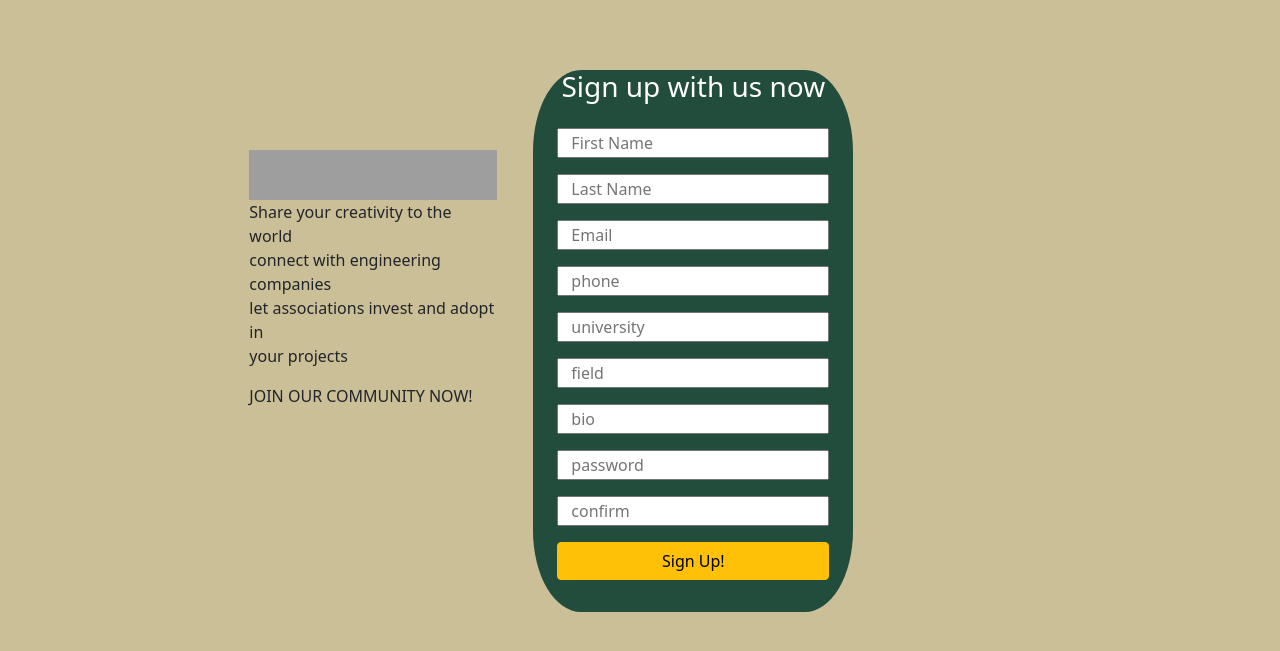
Repository: ahmadjamal-1997/Project-Taqadam
Page: http://localhost/Taqadam/WEB-INF/registrationstudent.jsp
These files come from the project's save history. The page is drawn as it stood at one moment and after the next save; the edit follows.
The browser window is 1280 px wide. The pictures show the whole page.
Pictures or frames that could not be fetched are drawn as grey boxes. The page is served by Tomcat 9. Nobody is signed in. The template is opened directly, without the code that normally fills it, so the values that code supplies are empty.

Above is the page before, as saved 2022-03-31 08:44:49.

After the next save:
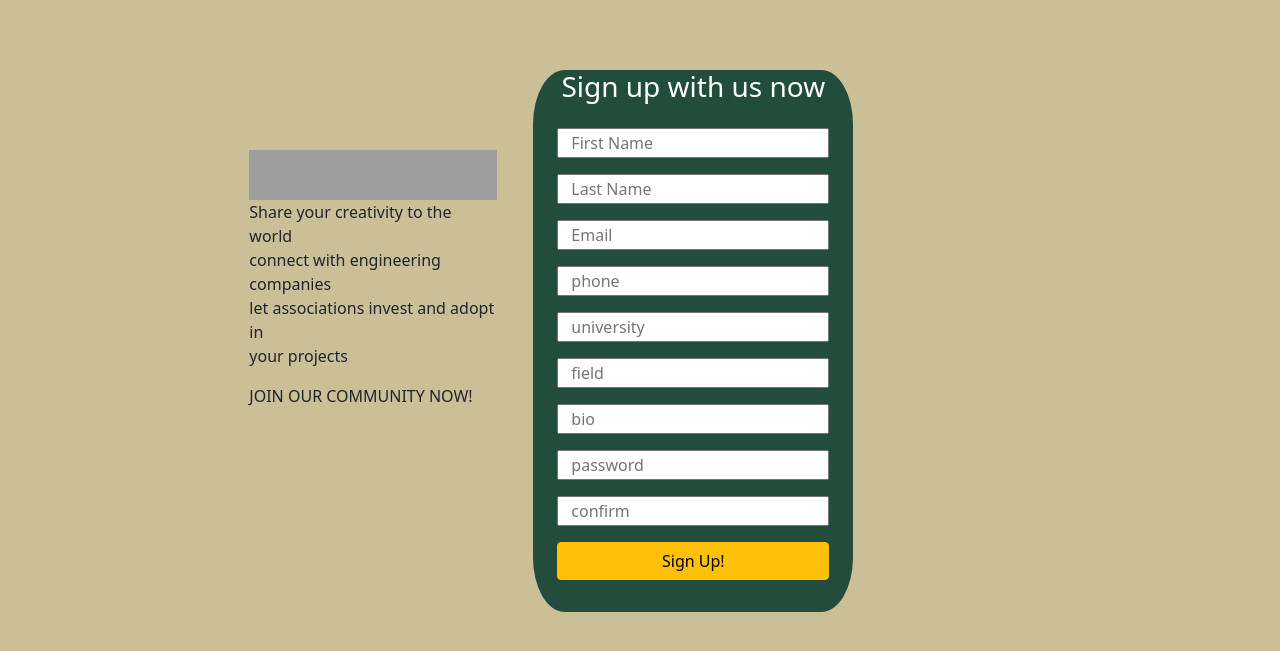
Saved 2 min 27 s later.
--- a/Taqadam-new/Taqadam-java/Taqadam-new/Taqadam/src/main/webapp/WEB-INF/registrationstudent.jsp
+++ b/Taqadam-new/Taqadam-java/Taqadam-new/Taqadam/src/main/webapp/WEB-INF/registrationstudent.jsp
@@ -14,7 +14,7 @@
             max-height: 50px;
         }
         .form{
-            border-radius: 15%;
+            border-radius: 10%;
              display: flex;
              flex-direction: column;
 
